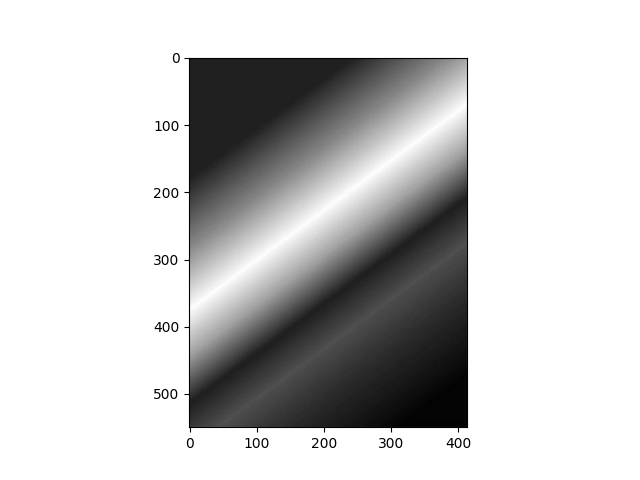
Repository: simonnchong/Computer_Vision
Script's output: python Thresholding.py
The author's editor kept a copy of each file at every save. The script's output is drawn from the files as they stood at one save, then again after a run of saves.
Random numbers start from a fixed seed. It also reads DATA/rainbow.jpg.

Above is the script's output before, as saved 2024-02-06 16:11:33.

### Thresholding.py
import cv2
import matplotlib.pyplot as plt

img = cv2.imread("DATA/rainbow.jpg", 0)

plt.imshow(img, cmap="gray")

ret, thresh1 = cv2.threshold(img, 100, 255, cv2.THRESH_BINARY)
print(ret)

# plt.imshow(thresh1, cmap="gray")
plt.show()

After the next 5 saves:
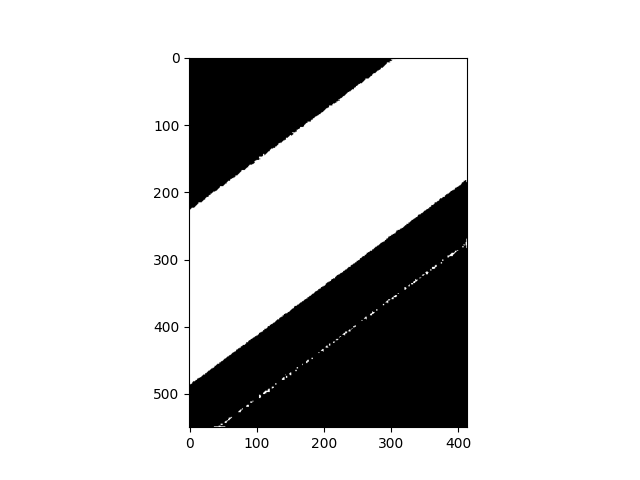
The 5 saves are shown as one change because they came seconds apart.
The last was saved 14 s later.
--- a/Thresholding.py
+++ b/Thresholding.py
@@ -3,10 +3,10 @@ import matplotlib.pyplot as plt
 
 img = cv2.imread("DATA/rainbow.jpg", 0)
 
-plt.imshow(img, cmap="gray")
+# plt.imshow(img, cmap="gray")
 
-ret, thresh1 = cv2.threshold(img, 100, 255, cv2.THRESH_BINARY)
+ret, thresh1 = cv2.threshold(img, 126, 255, cv2.THRESH_BINARY)
 print(ret)
 
-# plt.imshow(thresh1, cmap="gray")
+plt.imshow(thresh1, cmap="gray")
 plt.show()
